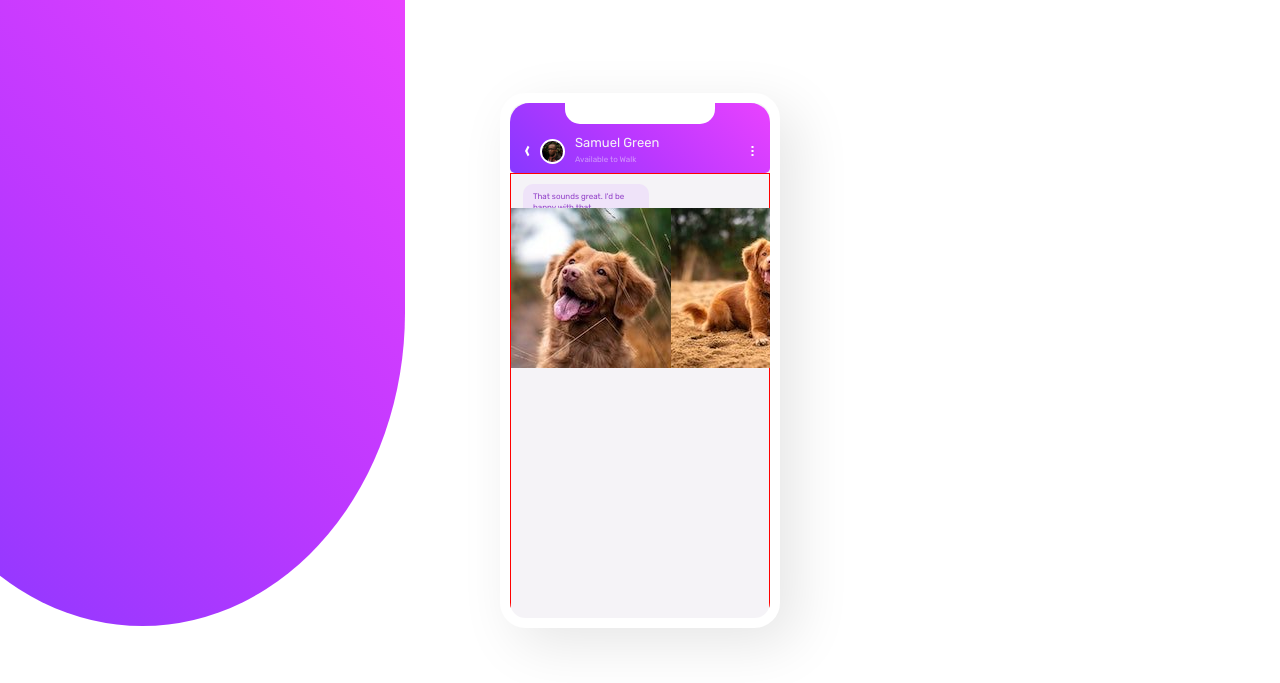
Repository: KamoliddinGIT/chat-app-css-illustration
Page: index.html
An editor plug-in stored every save of this project. The page is shown before and after the next save, followed by the edit.
The browser window is 1280 px wide. The pictures show the whole page.

Above is the page before, as saved 2023-09-25 18:15:42.

After the next save:
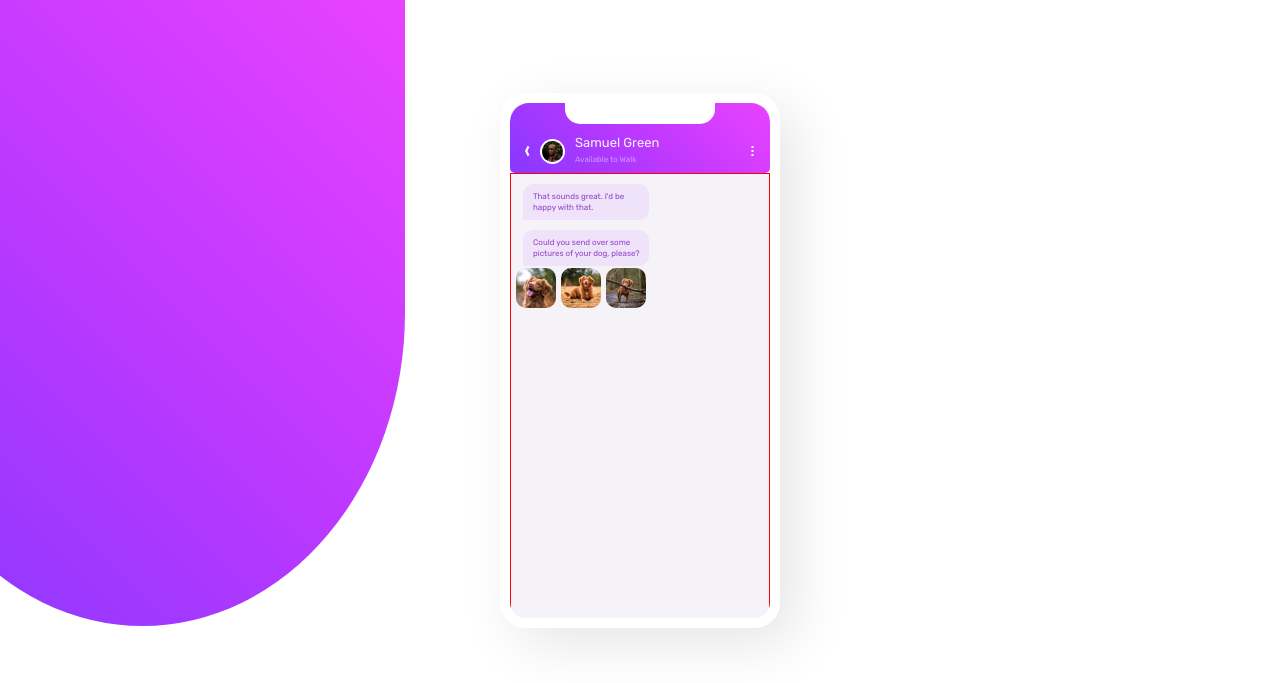
Saved 21 s later.
--- a/css/style.css
+++ b/css/style.css
@@ -147,3 +147,11 @@
   display: flex;
   align-items: center;
 }
+
+.sent-photo img {
+  width: 40px;
+  height: 40px;
+  border-radius: 10px;
+  object-fit: fill;
+  margin-inline-start: 5px;
+}
